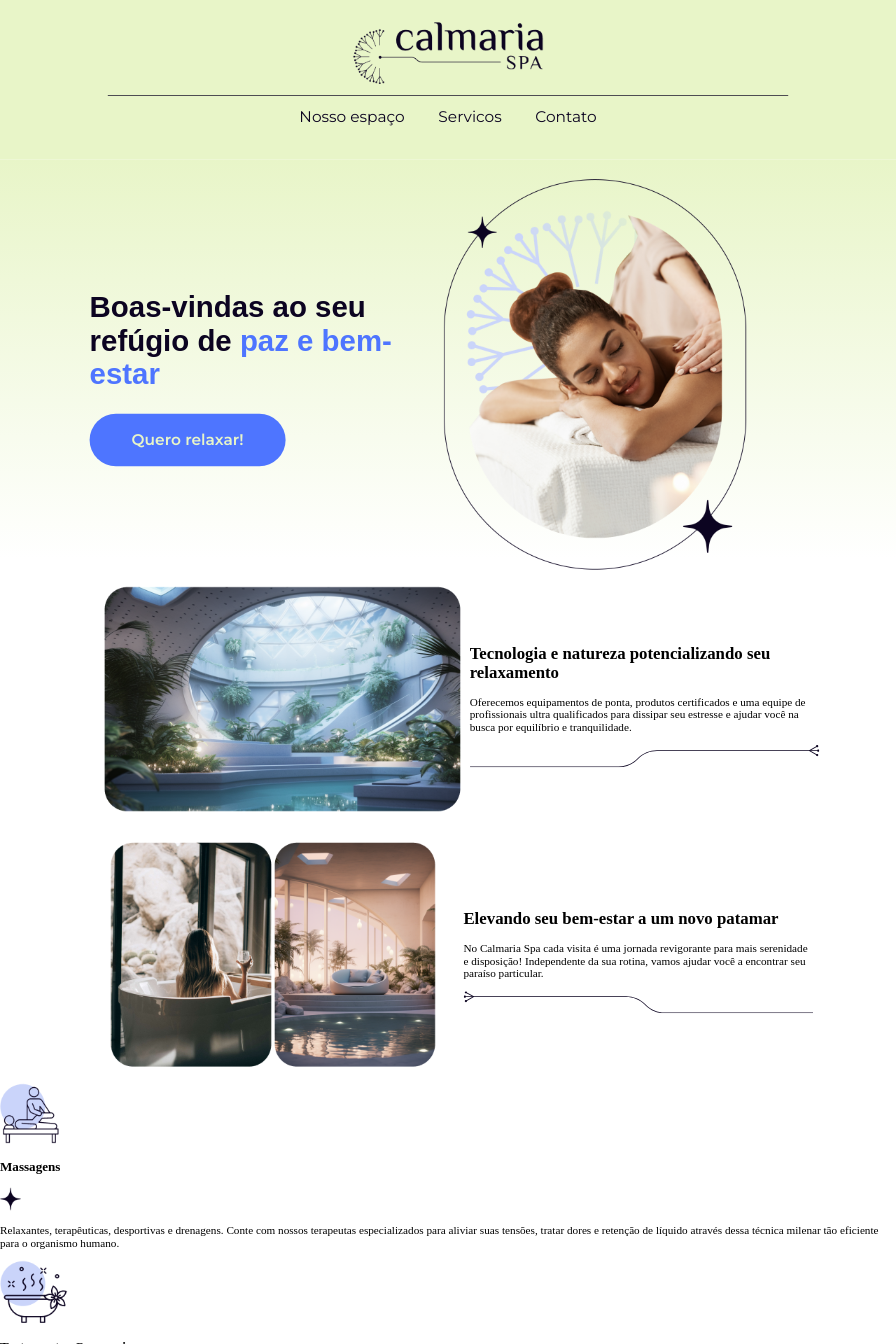
Repository: joaoPraiaJunior/curso-sass
Page: index.html
The author's editor kept a copy of each file at every save. The page is drawn from the files as they stood at one save, then again after the next save.
The browser window is 1280 px wide. The pictures show the part of the page from y = 0 to 1920 px (the page is 3677 px tall), at 70% of full size.
Some web fonts or font styles are not loaded; a fallback is used. The style sheet was rebuilt from its Sass, Less or Tailwind sources for each picture, by a compiler version that may differ from the author's.

Above is the page before, as saved 2024-07-06 17:03:38.

### index.html
<!DOCTYPE html>
<html lang="pt-BR">

<head>
    <meta charset="UTF-8">
    <meta name="viewport" content="width=device-width, initial-scale=1.0">
    <link rel="stylesheet" href="/styles/styles.css">
    <link rel="preconnect" href="https://fonts.googleapis.com">
    <link rel="preconnect" href="https://fonts.gstatic.com" crossorigin>
    <link href="https://fonts.googleapis.com/css2?family=Krona+One&family=Montserrat:wght@400;600;700&display=swap" rel="stylesheet">
    <title>Calmaria</title>
</head>

<body>
    <header>
        <img src="./assets/logo.png" alt="logo">
        <nav>
            <ul>
                <li><a href="#nosso-espaco">Nosso espaço</a></li>
                <li><a href="#servico">Servicos</a></li>
                <li><a href="#contatos">Contato</a></li>
            </ul>
        </nav>
    </header>
    <main>
        <section id="home">
            <div class="home-conteudo">
                <div class="textos-home">
                    <h1>Boas-vindas ao seu refúgio de <span> paz e bem-estar</span></h1>
                    <button class="btn-main">Quero relaxar!</button>
                </div>
                <div class="img-home">
                    <img src="/assets/home-image.png" alt="Mulher de bruços recebendo massagem nas costas">
                </div>
            </div>
        </section>
        <section id="nosso-espaco">
            <div class="detalhes">
                <div class="imgs-espaco">
                    <img class="img-espaco" src="/assets/espaco-1.png" alt="Espaço iluminado pelo sol com design futurista composto por piscina e plantas">
                </div>
                <div class="espaco-textos">
                    <h2 class="titulo">Tecnologia e natureza potencializando seu relaxamento</h2>
                    <p class="infos">Oferecemos equipamentos de ponta, produtos certificados e uma equipe de
                        profissionais ultra qualificados para dissipar seu estresse e ajudar você na busca por
                        equilíbrio e tranquilidade.</p>
                    <img class="separador" src="./assets/separador-direita.svg" alt="separador de seções">
                </div>
            </div>
            <div class="detalhes">
                <div class="imgs-espaco">
                    <img class="img-espaco" src="/assets/espaco-2.png" alt="Mulher sentada numa banheira com uma taça na mão">
                    <img class="img-espaco" src="/assets/espaco-3.png" alt="Espaço com uma piscina e um sofá ao fundo">
                </div>
                <div class="espaco-textos">
                    <h2 class="titulo">Elevando seu bem-estar a um novo patamar</h2>
                    <p class="infos">No Calmaria Spa cada visita é uma jornada revigorante para mais serenidade e
                        disposição! Independente da sua rotina, vamos ajudar você a encontrar seu paraíso
                        particular.</p>
                    <img class="separador" src="./assets/separador-esquerda.svg" alt="separador de seções">
                </div>
            </div>
        </section>
        <section id="servico">

            <div class="cards">
                <div class="card">
                    <img src="/assets/icon-massagem.png" alt="Icone de massagem">
                    <h3 class="card-titulo">Massagens</h3>
                    <img src="./assets/Soft-Star.png" alt="soft star">
                    <p class="card-texto">Relaxantes, terapêuticas, desportivas e drenagens. Conte com nossos
                        terapeutas especializados para aliviar suas tensões, tratar dores e retenção de líquido
                        através
                        dessa técnica milenar tão eficiente para o organismo humano.</p>
                </div>
                <div class="card">
                    <img src="/assets/icon-tratamentos.png" alt="Icone de tratamento com figura de uma banheira">
                    <h3 class="card-titulo">Tratamentos Corporais</h3>
                    <img src="./assets/Soft-Star.png" alt="soft star">
                    <p class="card-texto">Tratamos sua pele com gentileza através de esfoliações corporais suaves,
                        hidratações profundas do corpo e do rosto, além de limpeza facial. Você também pode
                        desfrutar de
                        banhos revigorantes de sais.</p>
                </div>
                <div class="card">
                    <img src="/assets/icon-dias-especiais.png" alt="Icone de Dias especiais com figura de produtos">
                    <h3 class="card-titulo">Dias especiais</h3>
                    <img src="./assets/Soft-Star.png" alt="soft star">
                    <p class="card-texto">Pacotes cuidadosamente elaborados, desde o "Dia Revitalizante" com
                        massagens e tratamentos faciais, até o "Dia Serenidade" com banhos terapêuticos e meditação.
                        Mime-se com momentos de refúgio de tranquilidade.</p>
                </div>
            </div>

        </section>
        <section id="desconto">
            <img src="/assets/mandala-esquerda.png" alt="Mandala lado esquerdo">
            <div class="desconto-form">
                <h4>Inscreva-se para ganhar descontos!</h4>
                <p>Cadastre seu email para receber descontos e novidades sobre o espaço e nossos serviços.</p>
                <div class="input-btn">
                    <input type="email">
                    <button type="submit">Inscrever</button>
                </div>
            </div>
            <img src="/assets/mandala-direita.png" alt="Mandala lado direito">
        </section>
        <section id="contatos">
            <div class="contatos-imgs">
                <img src="/assets/contato-img-1.png" alt="Homem deitado em banheira">
                <img src="/assets/contato-img-2.png" alt="Mulher olhando para o horizonte dentro de uma banheira">
                <img src="/assets/contato-img-3.png" alt="Visão superior de um livro nas mãos de uma pessoa dentro de uma banheira">
            </div>
            <div class="contatos-form">
                <h4 class="titulo">Entre em contato</h4>
                <p class="infos">Reserve seu horário, tire dúvidas ou proponha sugestões, nosso canal é aberto para
                    você!</p>
                <form class="inputs">
                    <div class="form-group">
                        <label for="nomeContato">Nome</label>
                        <input type="text" id="nomeContato" placeholder="Digite nome completo">
                    </div>
                    <div class="form-group">
                        <label for="emailContato">Email</label>
                        <input type="email" id="emailContato" placeholder="Digite seu email">
                    </div>
                    <div class="form-group">
                        <label for="telefoneContato">Telefone</label>
                        <input type="text" id="telefoneContato" placeholder="(xx) xxxxx-xxxx">
                    </div>
                    <div class="form-group">
                        <label for="mensagemContato">Mensagem</label>
                        <textarea id="mensagemContato" placeholder="Escreva sua mensagem"></textarea>
                    </div>
                    <button class="btn">Enviar</button>
                </form>
            </div>
        </section>
    </main>
    <footer>
        <small>Desenvolvido po Alura. Projeto fictício sem fins comerciais.</small>
    </footer>
</body>

</html>

### styles/styles.scss
@use './abstract/root';

@use './components/header';
@use './components/home';
@use './components/nosso-espaco';

### styles/abstract/_root.scss
html {
  font-size: 62.5%;
}

body {
  font-size: 1.6rem;
  margin: 0;
  padding: 0;
  box-sizing: border-box;
}

### styles/components/_header.scss
@use "../abstract/variaveis";
@use "../abstract/mixins";

header {
  display: flex;
  flex-direction: column;
  align-items: center;
  gap: 1.6rem;
  background-color: variaveis.$cor-quaternaria;
  padding: 3.2rem;

  nav {
    border-top: 1px solid variaveis.$cor-primaria;
    width: 80%;

    ul {
      display: flex;
      justify-content: center;
      gap: 4.8rem;
      padding: 0;
      li {
        list-style-type: none;
        a {
            @include mixins.estilos-fontes(variaveis.$ft-textos, 2.2rem, variaveis.$cor-primaria);
          font-weight: 500;
          text-decoration: none;
        }
      }
    }
  }
}

### styles/abstract/_variaveis.scss
//Variáveis
//Cores
$cor-primaria: #0C0421;
$cor-secundaria: #4e75ff;
$cor-terciaria: #85a0ff;
$cor-quaternaria: #E8F5C8;
$cor-default: #CAD4FA;
$gradiente-primario: linear-gradient(180deg, #E8F5C8 0%, #FFFFFF 96.87%);
$gradiente-secundario: linear-gradient(180deg, rgba(255, 255, 255, 0.7) 0%, rgba(202, 212, 250, 0.3) 100%);
//Fontes
$ft-textos: 'Montserrat', sans-serif;
$ft-titulos: 'Krona One', sans-serif;

### styles/abstract/_mixins.scss
@mixin margem-centralizada($width) {
    width: $width;
    margin: 0 auto;
}

@mixin estilos-fontes($font-family, $font-size, $font-color) {
    font-family: $font-family;
    font-size: $font-size;
    color: $font-color;
}

### styles/components/_home.scss
@use "../abstract/variaveis";
@use "../abstract/mixins";

#home {
  background: variaveis.$gradiente-primario;

  .home-conteudo {
    display: flex;
    align-items: center;
    @include mixins.margem-centralizada(80%);
    max-width: 1040px;
    .textos-home {
      max-width: 464px;
      h1 {
        font-family: variaveis.$ft-titulos;
        font-size: 4.2rem;
        color: variaveis.$cor-primaria;
        margin-bottom: 3.2rem;
        span {
          color: variaveis.$cor-secundaria;
        }
      }

      .btn-main {
        font-family: variaveis.$ft-textos;
        font-size: 2.2rem;
        font-weight: 600;
        color: variaveis.$cor-quaternaria;
        background-color: variaveis.$cor-secundaria;
        width: 28rem;
        border: none;
        padding: 2.4rem;
        border-radius: 40px;
        cursor: pointer;
      }
    }

    .img-home {
      max-width: 474px;
      img {
        width: 100%;
      }
    }
  }
}

### styles/components/_nosso-espaco.scss
@use "../abstract/variaveis";
@use "../abstract/mixins";

#nosso-espaco {
    @include mixins.margem-centralizada(80%);
    .detalhes {
        display: inline-flex;
        align-items: center;
        justify-content: space-around;
        gap: 2rem;
        width: 100%;
        padding: 2rem;
        .imgs-espaco {
            max-width: 500px;
        }

        .espaco-textos {
            @extend .imgs-espaco;
            .separador {
                width: 100%;
            }
        }
    }
}

After the next save:
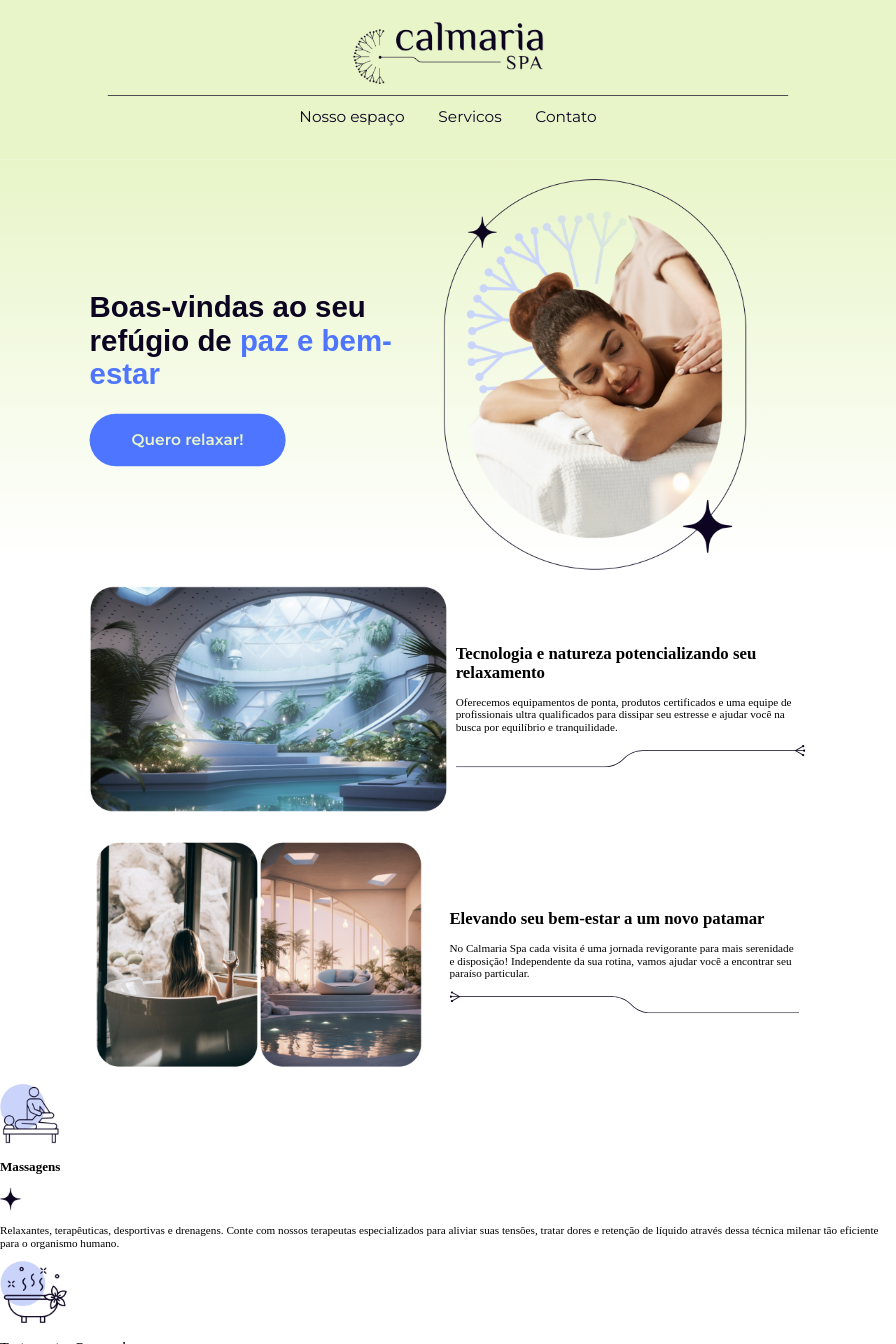
Saved 11 s later.
--- a/styles/components/_nosso-espaco.scss
+++ b/styles/components/_nosso-espaco.scss
@@ -9,7 +9,7 @@
         justify-content: space-around;
         gap: 2rem;
         width: 100%;
-        padding: 2rem;
+        padding: 2rem 0;
         .imgs-espaco {
             max-width: 500px;
         }
